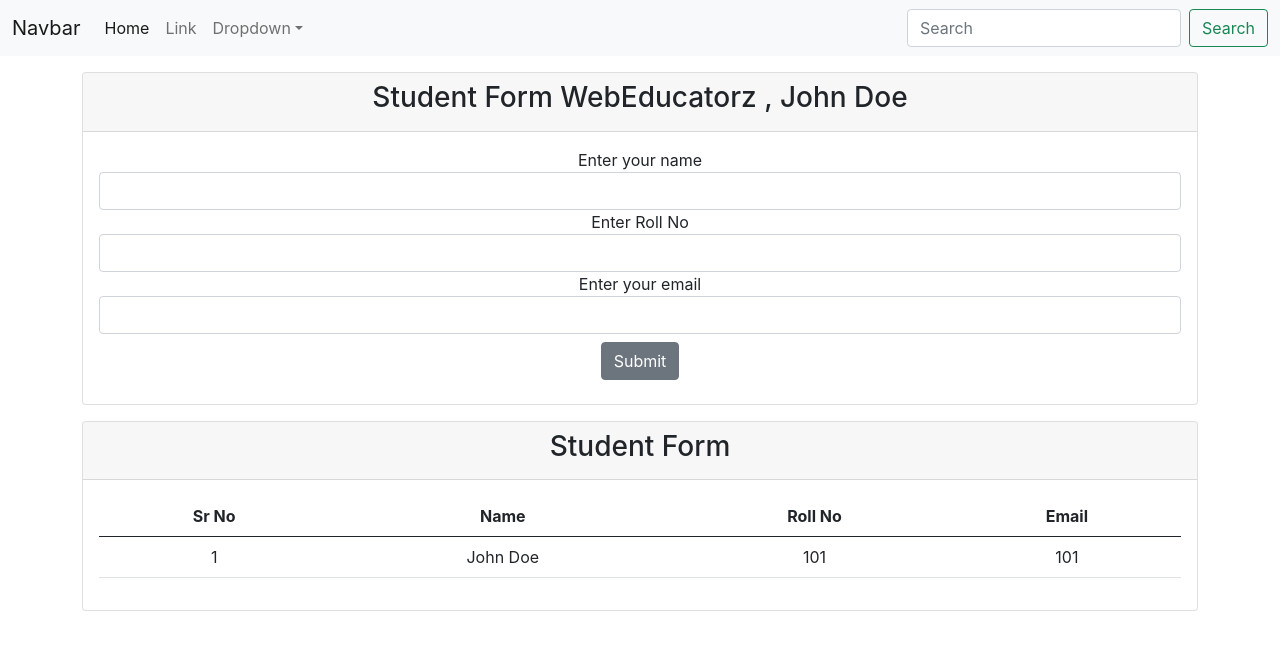
Repository: Ali0548/WebEducatorz-Batch6-7-9-10
Page: / (app in frontend/)
These files come from the project's save history. The page is drawn as it stood at one moment and after the next save; the edit follows.
The browser window is 1280 px wide. The pictures show the whole page.
The project was rebuilt for these pictures with package versions that can differ from the ones it lists, and the page was loaded fresh each time.

Above is the page before, as saved 2023-11-26 16:49:19.

After the next save:
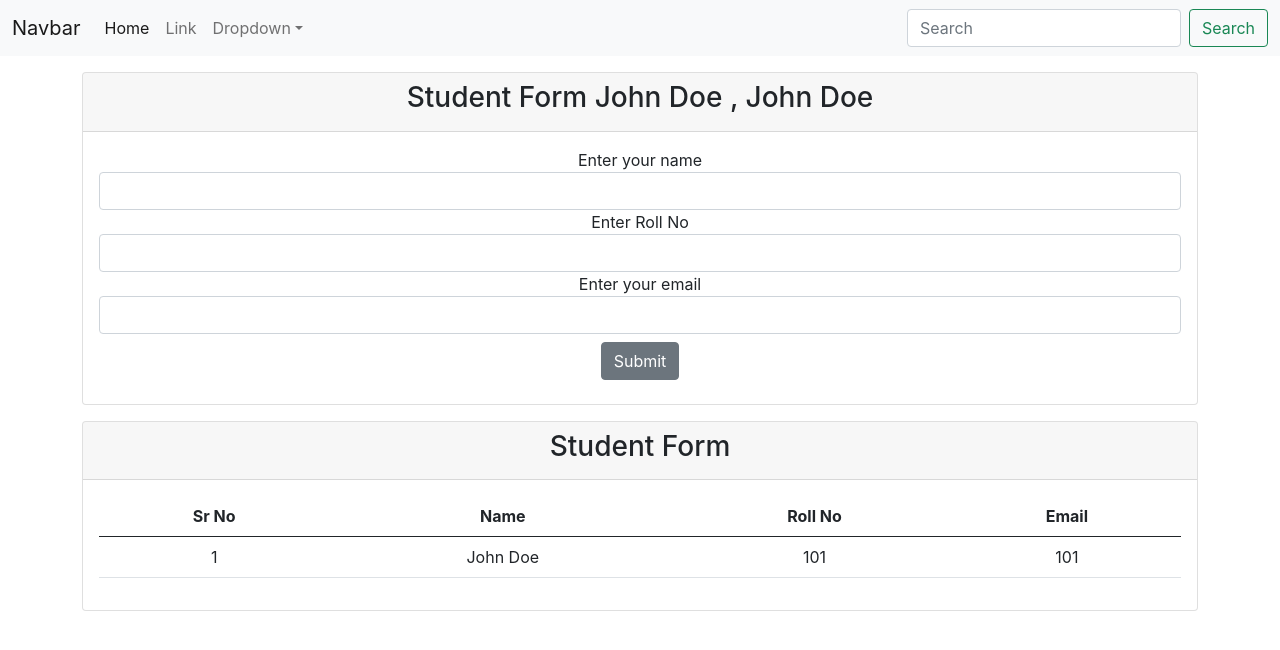
Saved 31 s later.
--- a/frontend/src/components/StudentForm.jsx
+++ b/frontend/src/components/StudentForm.jsx
@@ -4,7 +4,6 @@ const StudentForm = () => {
     const [other, setOther] = useState("John Doe");
 
     let name = "John Doe";
-    name = "WebEducatorz";
     function changeName(){
         name = "John Doe";
         setOther("WebEducatorz");
